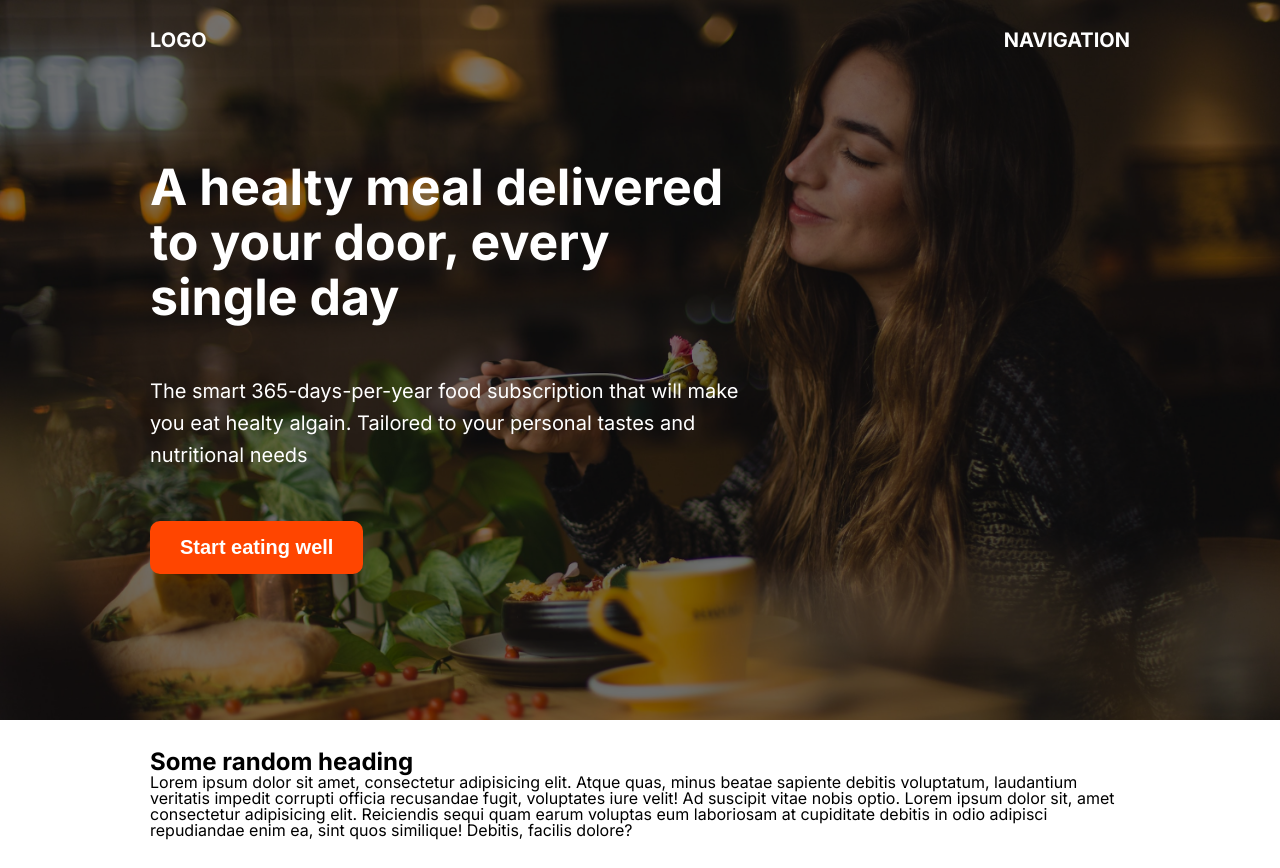
Repository: Ahmed123rezk123/06-Components
Page: hero.html
These files come from the project's save history. The page is drawn as it stood at one moment and after the next save; the edit follows.
The browser window is 1280 px wide. The pictures show the whole page.

Above is the page before, as saved 2024-09-18 09:25:17.

### hero.html
<!DOCTYPE html>
<html lang="en">
  <head>
    <meta charset="UTF-8" />
    <meta name="viewport" content="width=device-width, initial-scale=1.0" />
    <link rel="preconnect" href="https://fonts.gstatic.com" />
    <link
      href="https://fonts.googleapis.com/css2?family=Inter:wght@400;500;700&display=swap"
      rel="stylesheet"
    />
    <style>
      * {
        margin: 0;
        padding: 0;
        box-sizing: border-box;
      }

      body {
        font-family: "Inter", sans-serif;
        /* color: #343a40;
        background-color: #f8f9fa; */
        line-height: 1;
      }
      header {
        position: relative;
        background-image: url(/hero.jpg);
        background-repeat: no-repeat;
        background-size: cover;
        height: 100vh;
      }
      header::after {
        content: "";
        position: absolute;
        width: 100%;
        height: 100%;
        background-color: rgba(0, 0, 0, 0.5);
        top: 0;
        left: 0;
      }
      .container {
        margin: 0 150px;
        padding: 30px 0;
      }
      nav {
        display: flex;
        justify-content: space-between;
        align-items: center;
      }
      nav div {
        color: #fff;
        font-size: 20px;
        font-weight: bold;
        text-transform: uppercase;
        z-index: 2;
      }
      .header-container {
        position: relative;
        margin-top: 50px;
        max-width: 600px;
        color: #fff;
        z-index: 3;
      }
      .header-container-inner h1 {
        font-size: 50px;
        line-height: 1.1;
        margin-bottom: 50px;
      }
      .header-container-inner p {
        line-height: 1.6;
        font-size: 20px;
        margin-bottom: 50px;
      }
      .btn {
        padding: 15px 30px;
        font-size: 20px;
        color: #fff;
        background-color: orangered;
        cursor: pointer;
        border-radius: 10px;
        border: none;
        font-weight: bold;
      }
    </style>
    <title>Pagination</title>
  </head>
  <body>
    <header>
      <nav class="container">
        <div>logo</div>
        <div>NAVIGATION</div>
      </nav>
      <div class="header-container container">
        <div class="header-container-inner">
          <h1>A healty meal delivered to your door, every single day</h1>
          <p>
            The smart 365-days-per-year food subscription that will make you eat
            healty algain. Tailored to your personal tastes and nutritional
            needs
          </p>
          <button class="btn">Start eating well</button>
        </div>
      </div>
    </header>
    <section class="container">
      <h1>Some random heading</h1>
      <p>
        Lorem ipsum dolor sit amet, consectetur adipisicing elit. Atque quas,
        minus beatae sapiente debitis voluptatum, laudantium veritatis impedit
        corrupti officia recusandae fugit, voluptates iure velit! Ad suscipit
        vitae nobis optio. Lorem ipsum dolor sit, amet consectetur adipisicing
        elit. Reiciendis sequi quam earum voluptas eum laboriosam at cupiditate
        debitis in odio adipisci repudiandae enim ea, sint quos similique!
        Debitis, facilis dolore?
      </p>
    </section>
  </body>
</html>

After the next save:
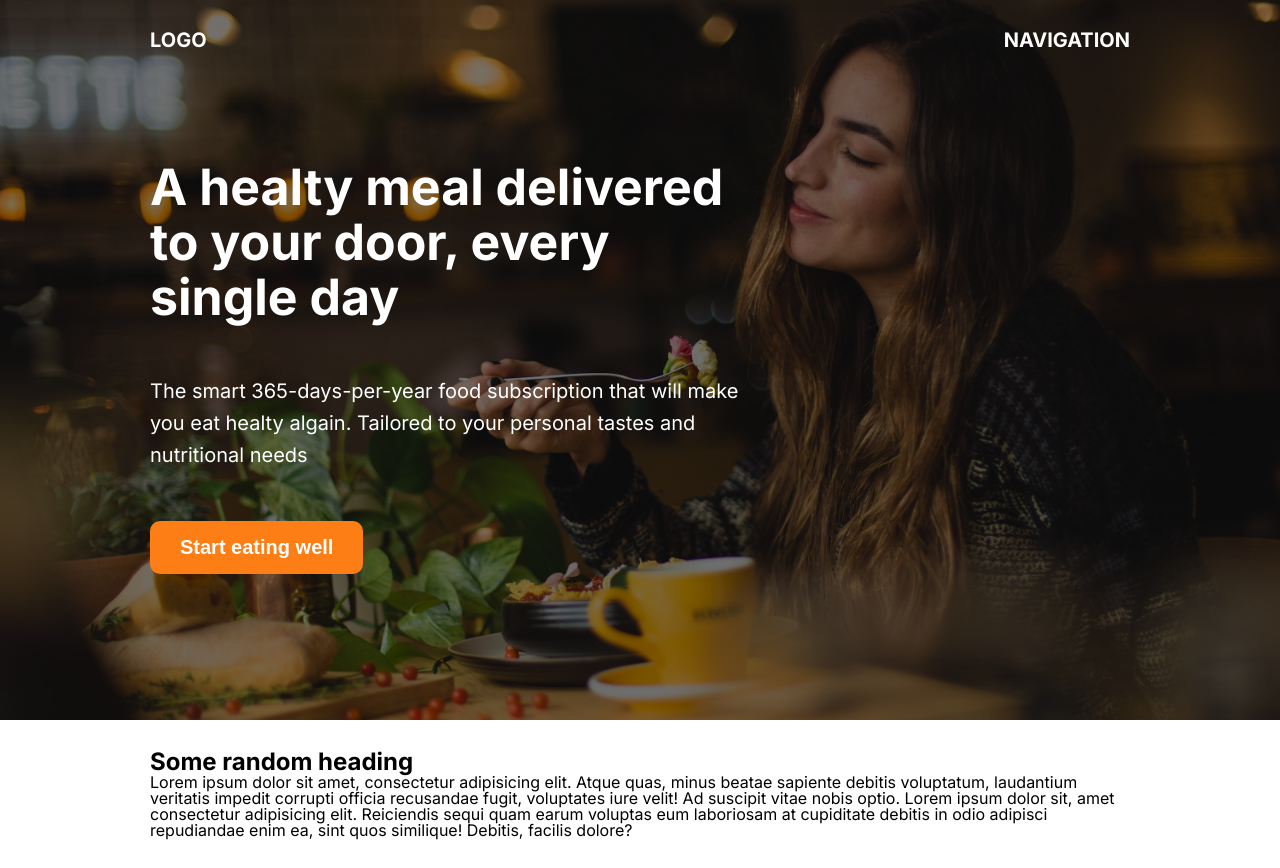
Saved 28 s later.
--- a/hero.html
+++ b/hero.html
@@ -74,7 +74,7 @@
         padding: 15px 30px;
         font-size: 20px;
         color: #fff;
-        background-color: orangered;
+        background-color: #fd7e14;
         cursor: pointer;
         border-radius: 10px;
         border: none;
